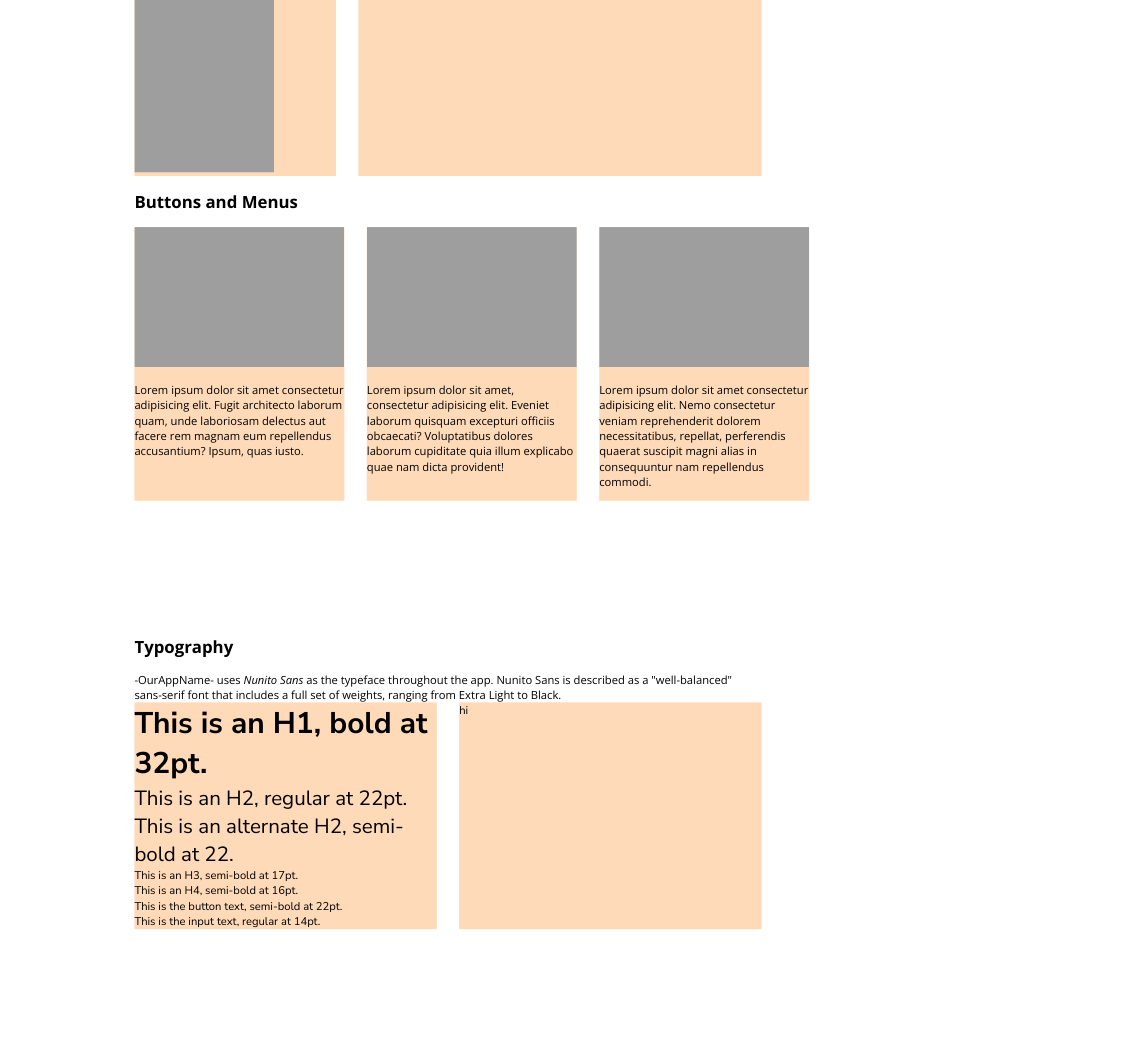
Repository: seohyun9672/Timearth-A6Styleguide
Page: page2.html
The author's editor kept a copy of each file at every save. The page is drawn from the files as they stood at one save, then again after the next save.
The browser window is 1280 px wide. The page is 1632 px wide, so the pictures cover 1632 px, including what lies to the right of the window. The pictures show the part of the page from y = 908 to 2428 px (the page is 2428 px tall), at 70% of full size.
Pictures or frames that could not be fetched are drawn as grey boxes.

Above is the page before, as saved 2022-03-20 19:49:04.

### page2.html
<!DOCTYPE html>
<html lang="en">
  <head>
    <meta charset="UTF-8" />
    <meta http-equiv="X-UA-Compatible" content="IE=edge" />
    <meta name="viewport" content="width=device-width, initial-scale=1.0" />
    <title>Document</title>
    <link rel="stylesheet" href="stylesheet.css" />
  </head>

  <body>
    <ul class="navbar">
      <li><a href="/page1.html">App Name</a></li>
      <div class="navbar-active">
        <li><a href="/page1.html">Logo</a></li>
        <li><a href="/page2.html">Colour & Typography</a></li>
        <li><a href="/page3.html">Imagery & Graphics</a></li>
        <li><a href="/ref.html">Reference</a></li>
      </div>
    </ul>
    <section class="color-palette page2">
      <h1>Color Palette</h1>
      <img class="palette" src="https://placekitten.com/1440/100" />
      <div>
        <h2>Description of colour palette</h2>
        <p>
          Lorem ipsum dolor sit amet, consectetur adipisicing elit. Culpa neque
          mollitia quae asperiores ad odit vitae iste minima totam harum
          distinctio qui beatae ea ut et adipisci, excepturi at iusto
          reprehenderit reiciendis fugit fuga nisi. Eligendi ut magni adipisci
          nulla architecto reprehenderit? Nemo eos accusamus optio nobis
          distinctio veritatis eius.
        </p>
      </div>
      <div></div>
      <div class="col-2">
        <div class="col">
          <img src="https://placekitten.com/200/600" />
        </div>
        <div class="col">Lorem ipsum dolor sit amet consectetur adipisicing elit. Corrupti laudantium illo iure alias recusandae accusamus reiciendis consequatur aliquid sint veritatis modi dolores, eveniet porro tempore similique aspernatur. Quas, hic quo sed necessitatibus illum suscipit molestiae consequuntur sit provident nobis ullam repellat obcaecati ipsa quos in cumque mollitia eius ratione facilis ut libero laboriosam tempora eum sint! Nisi sapiente veritatis ad iure esse magni reprehenderit odio non perferendis, sed recusandae beatae corporis quasi ipsam assumenda unde!</div>
      </div>
      <h2>Buttons and Menus</h2>
      <div class="col-3">
        <div class="col">
          <img src="https://placekitten.com/300/200" />
          <p>
            Lorem ipsum dolor sit amet consectetur adipisicing elit. Fugit
            architecto laborum quam, unde laboriosam delectus aut facere rem
            magnam eum repellendus accusantium? Ipsum, quas iusto.
          </p>
        </div>
        <div class="col">
          <img src="https://placekitten.com/300/200" />
          <p>
            Lorem ipsum dolor sit amet, consectetur adipisicing elit. Eveniet
            laborum quisquam excepturi officiis obcaecati? Voluptatibus dolores
            laborum cupiditate quia illum explicabo quae nam dicta provident!
          </p>
        </div>
        <div class="col">
          <img src="https://placekitten.com/300/200" />
          <p>
            Lorem ipsum dolor sit amet consectetur adipisicing elit. Nemo
            consectetur veniam reprehenderit dolorem necessitatibus, repellat,
            perferendis quaerat suscipit magni alias in consequuntur nam
            repellendus commodi.
          </p>
        </div>
      </div>
    </section>
    <section class="typo page2">
      <h1>Typography</h1>
      <div>
        -OurAppName- uses <em>Nunito Sans</em> as the typeface throughout the
        app. Nunito Sans is described as a "well-balanced" sans-serif font that includes a full set of weights, ranging from Extra Light to Black.
      </div>
      <div class="col-2-half">
        <div class="col nunito">
            <div class="nh1">This is an H1, bold at 32pt.</div>

            <div class="nh2">This is an H2, regular at 22pt.</div>

            <div class="nh2-2">This is an alternate H2, semi-bold at 22.</div>

            <div class="nh3">This is an H3, semi-bold at 17pt.</div>

            <div class="nh4">This is an H4, semi-bold at 16pt.</div>

            <div class="nbtn">This is the button text, semi-bold at 22pt.</div>

            <div class="ninput">This is the input text, regular at 14pt.</div>
        </div>
        <div class="col nunito">hi</div>
      </div>
    </section>
  </body>
</html>

### stylesheet.css
/* import fonts */
@import url('https://fonts.googleapis.com/css2?family=Nunito+Sans:ital,wght@0,200;0,300;0,400;0,600;0,700;0,800;0,900;1,200;1,300;1,400;1,600;1,700;1,800;1,900&family=Open+Sans:ital,wght@0,300;0,400;0,500;0,600;0,700;0,800;1,300;1,400;1,500;1,600;1,700;1,800&display=swap');

body{
    margin: 0;
    font-family: 'open sans', san-serif;
  }

/* NAVBAR */

ul {
  list-style-type: none;
  margin: 0;
  padding: 0;
  overflow: hidden;
  background-color: #333;
}

li {
  float: left;
}

li a {
  display: block;
  color: white;
  text-align: center;
  padding: 14px 16px;
  text-decoration: none;
}

li a:hover {
  background-color: #111;
}

.navbar-active{
    float: right;
}

/* LOGO */

.section-logo {
    display: flex;
    flex-direction: column;
    justify-content: flex-start;
    align-items: center;
}

.logo-description {
    display: flex;
}
.logo-variation {
    display: flex;
    justify-content: space-evenly;
}

.logo-colourpalette {
    display: flex;
    width: 100%;
    justify-content: space-between;
}

.section-cont {
    width: 940px;
}
.colour-cont {
    display: flex;
    flex-direction: column;
}
.colour-name {
    font-weight: bold;
}

.logo-typography {
    display: flex;
}

.logo-usage {
    display: flex;
    flex-direction: column;
}

.logo-usage-desc {
    display: flex;
}

.section-cont colour {
    display: flex;
}

/* page 2 */

.page2 {
    margin:12em;
}
.col-3 {
    display:grid;
    grid-template-columns: 1fr 1fr 1fr;
    grid-gap:2em;
}
.col-2 {
    display:grid;
    grid-template-columns: 1fr 2fr;
    grid-gap:2em;
}
.col-2-half {
    display:grid;
    grid-template-columns: 1fr 1fr;
    grid-gap:2em;
}
.col {
    background-color:peachpuff;
}
.nunito {
    font-family: 'nunito sans', Arial, Helvetica, sans-serif;
}
.nh1 {
    font-weight: bold;
    font-size:32pt;
}
.nh2 {
    font-size:22pt;
}
.nh2-2 {
    font-size:22pt;
    font-weight:semibold;
}

After the next save:
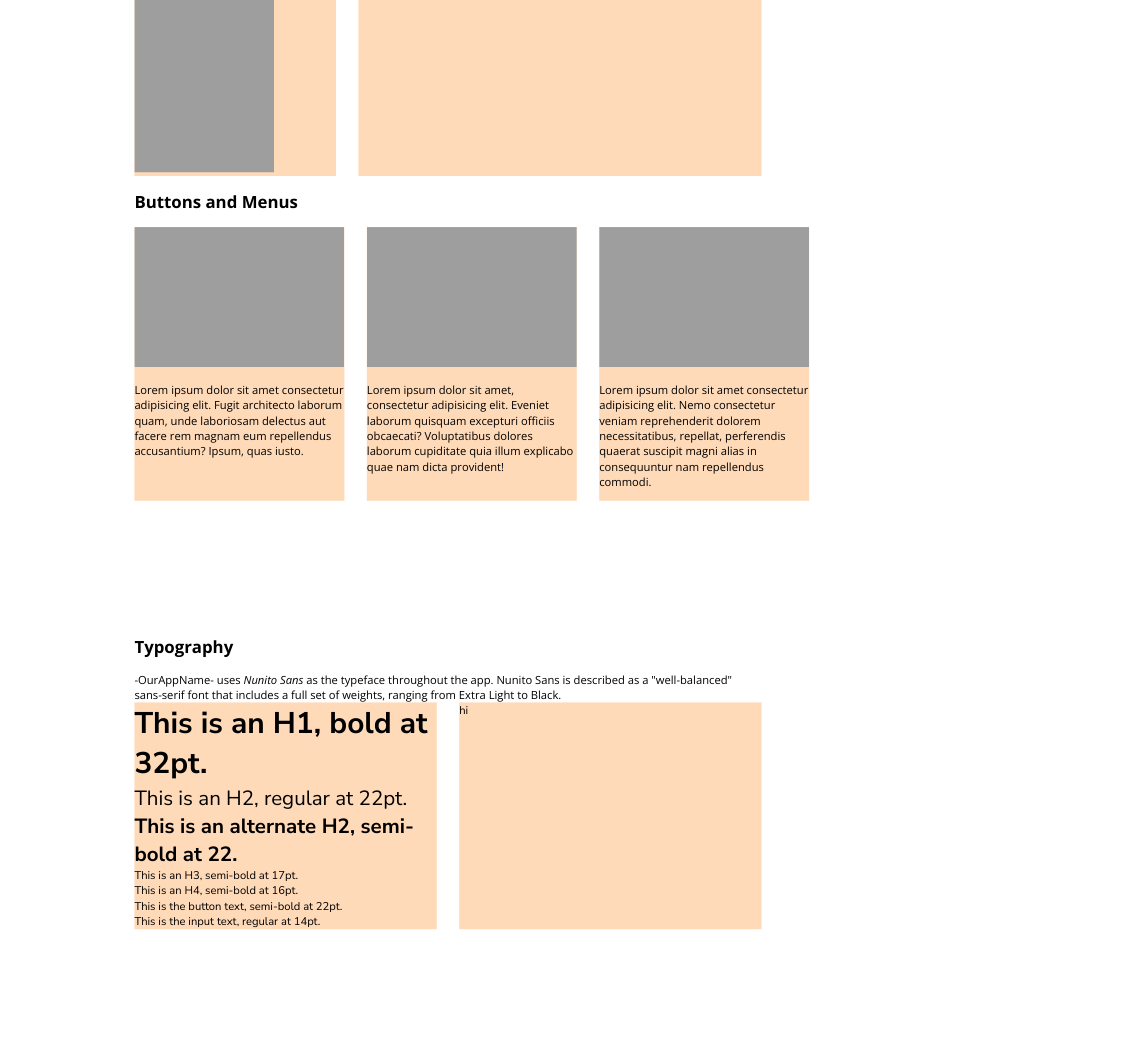
Saved 15 s later.
--- a/stylesheet.css
+++ b/stylesheet.css
@@ -122,5 +122,5 @@
 }
 .nh2-2 {
     font-size:22pt;
-    font-weight:semibold;
+    font-weight:bolder;
 }
